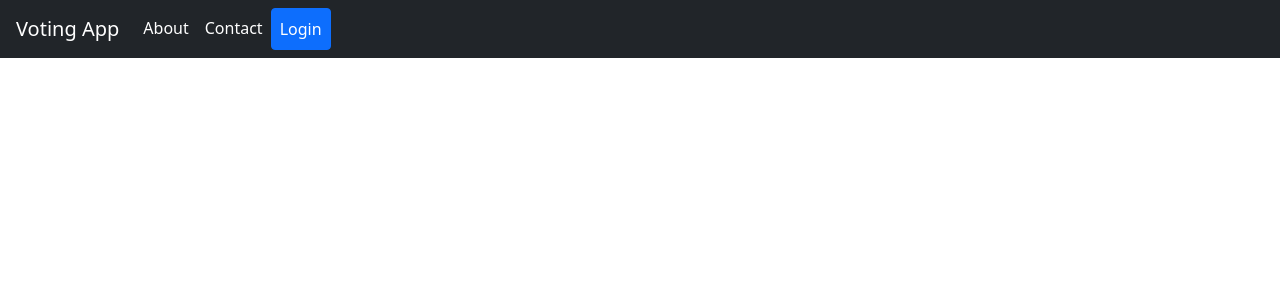
Repository: DavidManiIbrahim/Voting-app
Page: index.html
The author's editor kept a copy of each file at every save. The page is drawn from the files as they stood at one save, then again after a run of saves.
The browser window is 1280 px wide. The pictures show the whole page.

Above is the page before, as saved 2025-01-18 03:16:14.
Not found: styles.css.css

After the next 2 saves:
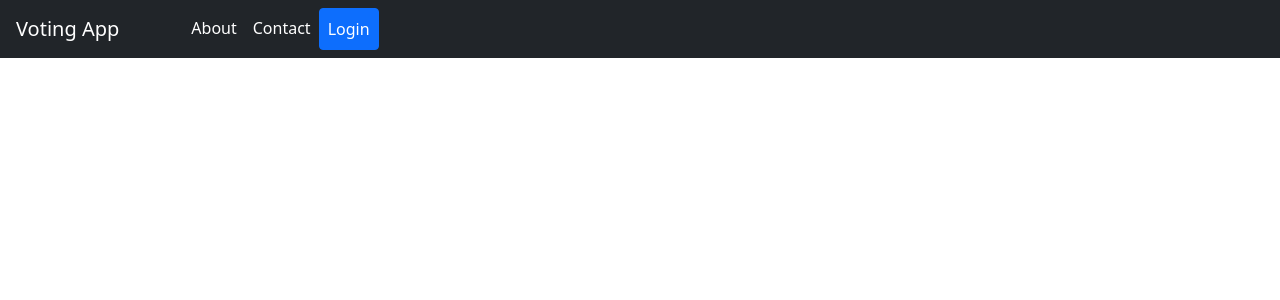
The 2 saves are shown as one change because they came seconds apart.
The last was saved 11 s later.
--- a/index.html
+++ b/index.html
@@ -15,7 +15,7 @@
 <button class="navbar-toggler mx-md-5 ms-auto" data-bs-target="#navmenu" data-bs-toggle="collapse">
     <span class="navbar-toggler-icon bg-primary"></span>
 </button>
-<div class="collapse navbar-collapse " id="navmenu">
+<div class="collapse navbar-collapse ms-5" id="navmenu">
     <ul class="navbar-nav text-center">
         <li class="nav-link text-white">About</li>
         <li class="nav-link text-white">Contact</li>

After the 4 saves that followed:
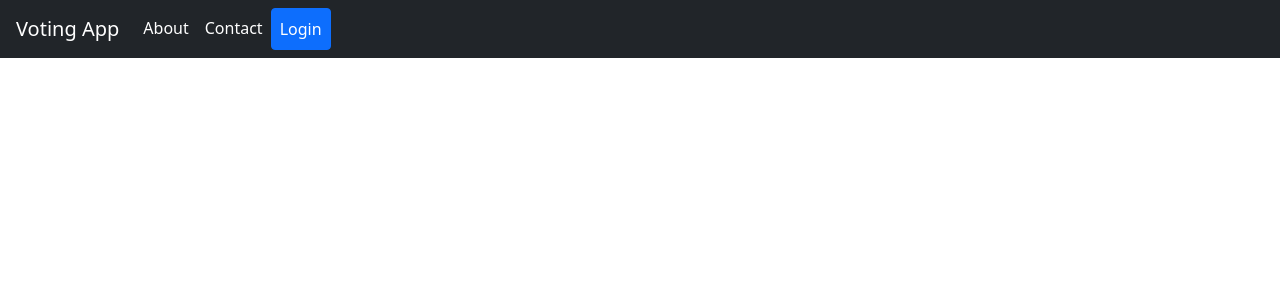
The 4 saves are shown as one change because 1 left the picture as it was and some came seconds apart.
The last was saved 20 s later.
--- a/index.html
+++ b/index.html
@@ -15,7 +15,7 @@
 <button class="navbar-toggler mx-md-5 ms-auto" data-bs-target="#navmenu" data-bs-toggle="collapse">
     <span class="navbar-toggler-icon bg-primary"></span>
 </button>
-<div class="collapse navbar-collapse ms-5" id="navmenu">
+<div class="collapse navbar-collapse ms-lg-auto" id="navmenu">
     <ul class="navbar-nav text-center">
         <li class="nav-link text-white">About</li>
         <li class="nav-link text-white">Contact</li>
